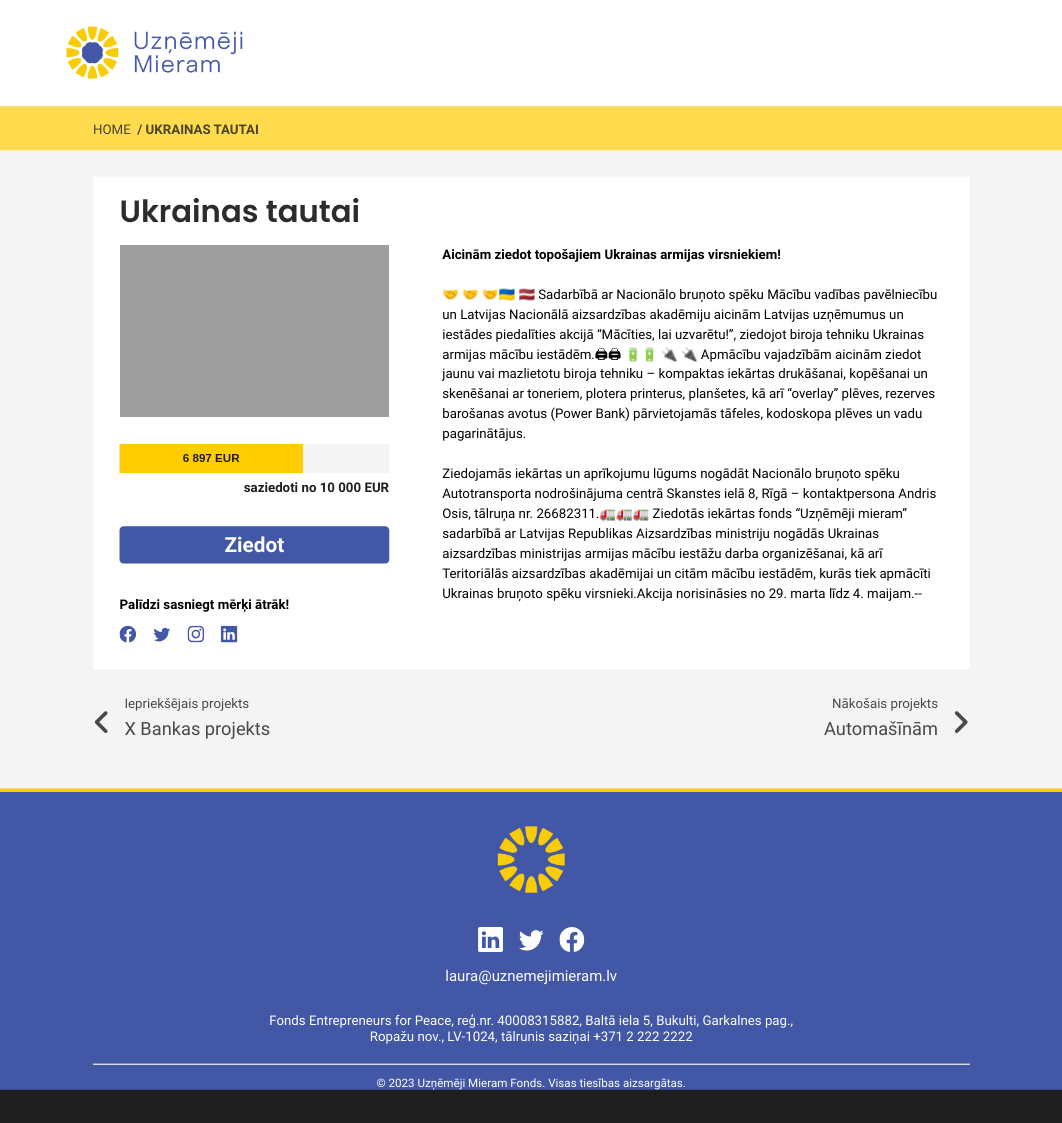
Repository: KatrinaPa/projekts11
Page: projekts-donateUkr.html
These files come from the project's save history. The page is drawn as it stood at one moment and after the next save; the edit follows.
The browser window is 1280 px wide. The pictures show the whole page, at 83% of full size.
Pictures or frames that could not be fetched are drawn as grey boxes.

Above is the page before, as saved 2023-05-30 21:46:28.
Console error: TypeError: Cannot read properties of null (reading 'children')

### projekts-donateUkr.html
<!DOCTYPE html>
<html lang="en">

<head>
    <meta charset="UTF-8">
    <meta http-equiv="X-UA-Compatible" content="IE=edge">
    <meta name="viewport" content="width=device-width, initial-scale=1.0">
    <title>Ukrainas tautai</title>
    <link rel="preconnect" href="https://fonts.googleapis.com">
    <link rel="preconnect" href="https://fonts.gstatic.com" crossorigin>
    <link href="https://fonts.googleapis.com/css2?family=Poppins:wght@300;400;500;600;700&display=swap"
        rel="stylesheet">
    <link rel="preconnect" href="https://fonts.googleapis.com">
    <link rel="preconnect" href="https://fonts.gstatic.com" crossorigin>
    <link href="https://fonts.googleapis.com/css2?family=Poppins:wght@300;400;500;600&display=swap" rel="stylesheet">
    <link rel="stylesheet" href="./assets/main.css" />
    <link rel="stylesheet" href="./assets/projekti.css" />
    <link rel="stylesheet" href="https://cdnjs.cloudflare.com/ajax/libs/font-awesome/6.2.0/css/all.min.css" />
    <script src="assets/main.js" defer></script>
</head>

<body>
    <div class="panel">
        <header class="header">
            <nav class="navbar">
                <a href="sakums.html" id="project-nav-home"><img src="assets/images/UM_logo.png" alt="uznemejiMieram"
                        id="logo"></a>
                <div class="navigation">
                    <ul class="nav-menu">
                        <li class="nav-item"><a href="sakums.html" class="nav-link">Sākums</a></li>
                        <li class="nav-item"><a href="donate_projects.html" class="nav-link">Ziedot</a></li>
                    </ul>
                    <div class="hamburger">
                        <span class="bar"></span>
                        <span class="bar"></span>
                        <span class="bar"></span>
                    </div>
                </div>
            </nav>
        </header>
        <main>
            <section id="wrapper_project" class="section_project">
                <div class="project-nav">
                    <a href="sakums.html" id="project-nav-home">HOME</a>
                    <p>/ UKRAINAS TAUTAI</p>
                </div>
                <div class="carousel_project">
                    <h1>Ukrainas tautai</h1>
                    <div class="wrapper_donate_project">
                        <div class="donate_project-left">
                            <img src="assets/images/img_36.png" alt="">
                            <div class="thMeter_raised">
                                <div class="thMeter-wrapper">
                                    <button id="thMeter-proj-support">6 897 EUR</button>
                                    <p>saziedoti no 10 000 EUR</p>
                                </div>
                            </div>

                            <div class="btn_ziedot-project">
                                <a href="donate_Ukr-private-onetime.html" class="ziedot-proj"
                                    id="ziedot-proj-support">Ziedot</a>
                            </div>
                            <div class="share">
                                <p>Palīdzi sasniegt mērķi ātrāk!</p>
                                <div>
                                    <svg xmlns="http://www.w3.org/2000/svg" width="20" height="20" fill="#4257A6"
                                        class="bi bi-facebook" viewBox="0 0 16 16">
                                        <path
                                            d="M16 8.049c0-4.446-3.582-8.05-8-8.05C3.58 0-.002 3.603-.002 8.05c0 4.017 2.926 7.347 6.75 7.951v-5.625h-2.03V8.05H6.75V6.275c0-2.017 1.195-3.131 3.022-3.131.876 0 1.791.157 1.791.157v1.98h-1.009c-.993 0-1.303.621-1.303 1.258v1.51h2.218l-.354 2.326H9.25V16c3.824-.604 6.75-3.934 6.75-7.951z" />
                                    </svg>
                                    <svg xmlns="http://www.w3.org/2000/svg" width="20" height="20" fill="#4257A6"
                                        class="bi bi-twitter" viewBox="0 0 16 16">
                                        <path
                                            d="M5.026 15c6.038 0 9.341-5.003 9.341-9.334 0-.14 0-.282-.006-.422A6.685 6.685 0 0 0 16 3.542a6.658 6.658 0 0 1-1.889.518 3.301 3.301 0 0 0 1.447-1.817 6.533 6.533 0 0 1-2.087.793A3.286 3.286 0 0 0 7.875 6.03a9.325 9.325 0 0 1-6.767-3.429 3.289 3.289 0 0 0 1.018 4.382A3.323 3.323 0 0 1 .64 6.575v.045a3.288 3.288 0 0 0 2.632 3.218 3.203 3.203 0 0 1-.865.115 3.23 3.23 0 0 1-.614-.057 3.283 3.283 0 0 0 3.067 2.277A6.588 6.588 0 0 1 .78 13.58a6.32 6.32 0 0 1-.78-.045A9.344 9.344 0 0 0 5.026 15z" />
                                    </svg>
                                    <svg xmlns="http://www.w3.org/2000/svg" width="20" height="20" fill="#4257A6"
                                        class="bi bi-instagram" viewBox="0 0 16 16">
                                        <path
                                            d="M8 0C5.829 0 5.556.01 4.703.048 3.85.088 3.269.222 2.76.42a3.917 3.917 0 0 0-1.417.923A3.927 3.927 0 0 0 .42 2.76C.222 3.268.087 3.85.048 4.7.01 5.555 0 5.827 0 8.001c0 2.172.01 2.444.048 3.297.04.852.174 1.433.372 1.942.205.526.478.972.923 1.417.444.445.89.719 1.416.923.51.198 1.09.333 1.942.372C5.555 15.99 5.827 16 8 16s2.444-.01 3.298-.048c.851-.04 1.434-.174 1.943-.372a3.916 3.916 0 0 0 1.416-.923c.445-.445.718-.891.923-1.417.197-.509.332-1.09.372-1.942C15.99 10.445 16 10.173 16 8s-.01-2.445-.048-3.299c-.04-.851-.175-1.433-.372-1.941a3.926 3.926 0 0 0-.923-1.417A3.911 3.911 0 0 0 13.24.42c-.51-.198-1.092-.333-1.943-.372C10.443.01 10.172 0 7.998 0h.003zm-.717 1.442h.718c2.136 0 2.389.007 3.232.046.78.035 1.204.166 1.486.275.373.145.64.319.92.599.28.28.453.546.598.92.11.281.24.705.275 1.485.039.843.047 1.096.047 3.231s-.008 2.389-.047 3.232c-.035.78-.166 1.203-.275 1.485a2.47 2.47 0 0 1-.599.919c-.28.28-.546.453-.92.598-.28.11-.704.24-1.485.276-.843.038-1.096.047-3.232.047s-2.39-.009-3.233-.047c-.78-.036-1.203-.166-1.485-.276a2.478 2.478 0 0 1-.92-.598 2.48 2.48 0 0 1-.6-.92c-.109-.281-.24-.705-.275-1.485-.038-.843-.046-1.096-.046-3.233 0-2.136.008-2.388.046-3.231.036-.78.166-1.204.276-1.486.145-.373.319-.64.599-.92.28-.28.546-.453.92-.598.282-.11.705-.24 1.485-.276.738-.034 1.024-.044 2.515-.045v.002zm4.988 1.328a.96.96 0 1 0 0 1.92.96.96 0 0 0 0-1.92zm-4.27 1.122a4.109 4.109 0 1 0 0 8.217 4.109 4.109 0 0 0 0-8.217zm0 1.441a2.667 2.667 0 1 1 0 5.334 2.667 2.667 0 0 1 0-5.334z" />
                                    </svg>
                                    <svg xmlns="http://www.w3.org/2000/svg" width="20" height="20" fill="#4257A6"
                                        class="bi bi-linkedin" viewBox="0 0 16 16">
                                        <path
                                            d="M0 1.146C0 .513.526 0 1.175 0h13.65C15.474 0 16 .513 16 1.146v13.708c0 .633-.526 1.146-1.175 1.146H1.175C.526 16 0 15.487 0 14.854V1.146zm4.943 12.248V6.169H2.542v7.225h2.401zm-1.2-8.212c.837 0 1.358-.554 1.358-1.248-.015-.709-.52-1.248-1.342-1.248-.822 0-1.359.54-1.359 1.248 0 .694.521 1.248 1.327 1.248h.016zm4.908 8.212V9.359c0-.216.016-.432.08-.586.173-.431.568-.878 1.232-.878.869 0 1.216.662 1.216 1.634v3.865h2.401V9.25c0-2.22-1.184-3.252-2.764-3.252-1.274 0-1.845.7-2.165 1.193v.025h-.016a5.54 5.54 0 0 1 .016-.025V6.169h-2.4c.03.678 0 7.225 0 7.225h2.4z" />
                                    </svg>
                                </div>
                            </div>
                        </div>
                        <div class="donate_project-right">
                            <button class="wrapper_btn-up top">
                                <i id="up" class="fa-solid fa-angle-up"></i>
                            </button>
                            <p><strong>Aicinām ziedot topošajiem Ukrainas armijas virsniekiem!</strong>
                                <br><br>
                                🤝 🤝 🤝🇺🇦 🇱🇻 Sadarbībā ar Nacionālo bruņoto spēku Mācību vadības
                                pavēlniecību un Latvijas Nacionālā aizsardzības akadēmiju aicinām
                                Latvijas
                                uzņēmumus un iestādes piedalīties akcijā “Mācīties, lai uzvarētu!”,
                                ziedojot
                                biroja tehniku Ukrainas armijas mācību iestādēm.🖨🖨 🔋🔋 🔌 🔌 Apmācību
                                vajadzībām aicinām ziedot jaunu vai mazlietotu biroja tehniku –
                                kompaktas
                                iekārtas drukāšanai, kopēšanai un skenēšanai ar toneriem, plotera
                                printerus,
                                planšetes, kā arī “overlay” plēves, rezerves barošanas avotus (Power
                                Bank)
                                pārvietojamās tāfeles, kodoskopa plēves un vadu pagarinātājus. <br><br>

                                Ziedojamās iekārtas un aprīkojumu lūgums nogādāt Nacionālo bruņoto spēku
                                Autotransporta nodrošinājuma centrā Skanstes ielā 8, Rīgā –
                                kontaktpersona
                                Andris Osis, tālruņa nr. 26682311.🚛🚛🚛 Ziedotās iekārtas fonds
                                “Uzņēmēji
                                mieram” sadarbībā ar Latvijas Republikas Aizsardzības ministriju nogādās
                                Ukrainas aizsardzības ministrijas armijas mācību iestāžu darba
                                organizēšanai, kā arī Teritoriālās aizsardzības akadēmijai un citām
                                mācību
                                iestādēm, kurās tiek apmācīti Ukrainas bruņoto spēku virsnieki.Akcija
                                norisināsies no 29. marta līdz 4. maijam.--
                            </p>
                            <button class="wrapper_btn-up bottom">
                                <i id="up" class="fa-solid fa-angle-up"></i>
                            </button>
                        </div>
                    </div>
                </div>
                <div class="to-project">
                    <div class="previous">
                        <button class="carousel_proj_btn carousel_proj_btn-left">
                            <i id="left" class="fa-solid fa-angle-left"></i>
                        </button>
                        <div>
                            <p>Iepriekšējais projekts</p>
                            <a href="projekts-xbank.html" id="project-nav-xbanka">X Bankas projekts</a>
                        </div>
                    </div>
                    <div class="next">
                        <div>
                            <p>Nākošais projekts</p>
                            <a href="projekts-cars.html" id="project-nav-cars">Automašīnām</a>
                        </div>
                        <button class="carousel_proj_btn carousel_proj_btn-right">
                            <i id="right" class="fa-solid fa-angle-right"></i>
                        </button>
                    </div>
                </div>
                <div class="yellow-bottom"></div>
            </section>
        </main>
    </div>
    <footer>
        <div class="about">
            <img src="assets/images/UM_simbols.png" alt="uznemejiMieram">
            <div class="social">
                <svg xmlns="http://www.w3.org/2000/svg" width="30" height="30" fill="#ffffff" class="bi bi-linkedin"
                    viewBox="0 0 16 16">
                    <path
                        d="M0 1.146C0 .513.526 0 1.175 0h13.65C15.474 0 16 .513 16 1.146v13.708c0 .633-.526 1.146-1.175 1.146H1.175C.526 16 0 15.487 0 14.854V1.146zm4.943 12.248V6.169H2.542v7.225h2.401zm-1.2-8.212c.837 0 1.358-.554 1.358-1.248-.015-.709-.52-1.248-1.342-1.248-.822 0-1.359.54-1.359 1.248 0 .694.521 1.248 1.327 1.248h.016zm4.908 8.212V9.359c0-.216.016-.432.08-.586.173-.431.568-.878 1.232-.878.869 0 1.216.662 1.216 1.634v3.865h2.401V9.25c0-2.22-1.184-3.252-2.764-3.252-1.274 0-1.845.7-2.165 1.193v.025h-.016a5.54 5.54 0 0 1 .016-.025V6.169h-2.4c.03.678 0 7.225 0 7.225h2.4z" />
                </svg>
                <svg xmlns="http://www.w3.org/2000/svg" width="30" height="30" fill="#ffffff" class="bi bi-twitter"
                    viewBox="0 0 16 16">
                    <path
                        d="M5.026 15c6.038 0 9.341-5.003 9.341-9.334 0-.14 0-.282-.006-.422A6.685 6.685 0 0 0 16 3.542a6.658 6.658 0 0 1-1.889.518 3.301 3.301 0 0 0 1.447-1.817 6.533 6.533 0 0 1-2.087.793A3.286 3.286 0 0 0 7.875 6.03a9.325 9.325 0 0 1-6.767-3.429 3.289 3.289 0 0 0 1.018 4.382A3.323 3.323 0 0 1 .64 6.575v.045a3.288 3.288 0 0 0 2.632 3.218 3.203 3.203 0 0 1-.865.115 3.23 3.23 0 0 1-.614-.057 3.283 3.283 0 0 0 3.067 2.277A6.588 6.588 0 0 1 .78 13.58a6.32 6.32 0 0 1-.78-.045A9.344 9.344 0 0 0 5.026 15z" />
                </svg>
                <svg xmlns="http://www.w3.org/2000/svg" width="30" height="30" fill="#ffffff" class="bi bi-facebook"
                    viewBox="0 0 16 16">
                    <path
                        d="M16 8.049c0-4.446-3.582-8.05-8-8.05C3.58 0-.002 3.603-.002 8.05c0 4.017 2.926 7.347 6.75 7.951v-5.625h-2.03V8.05H6.75V6.275c0-2.017 1.195-3.131 3.022-3.131.876 0 1.791.157 1.791.157v1.98h-1.009c-.993 0-1.303.621-1.303 1.258v1.51h2.218l-.354 2.326H9.25V16c3.824-.604 6.75-3.934 6.75-7.951z" />
                </svg>
            </div>
            <div class="contacts">
                <p>laura@uznemejimieram.lv</p>
                <p>Fonds Entrepreneurs for Peace, reģ.nr. 40008315882, Baltā iela 5, Bukulti, Garkalnes pag., Ropažu
                    nov., LV-1024, tālrunis saziņai +371 2 222 2222</p>
            </div>
        </div>
        <div class="copy">
            <hr>
            <p>© 2023 Uzņēmēji Mieram Fonds. Visas tiesības aizsargātas.</p>
        </div>
    </footer>
    </div>

</body>

</html>

### assets/projekti.css
#wrapper_project {
    background-color: #f4f4f4;
    font-family: 'Roboto';
}

.section_project {}

h1 {
    font-size: 37px;
    line-height: 50px;
}

.project-nav {
    display: flex;
    flex-direction: row;
    gap: 0.5rem;
    padding: 1.1rem 7rem 0 7rem;
    background-color: #FFDB4D;
}

.project-nav a {
    text-decoration: none;
    color: #1E1F24;
    font-size: 16px;
    font-weight: 400;
    opacity: 80%;
}

.project-nav a:hover {
    font-weight: 600;
    cursor: pointer;
    opacity: 100%;
}

.project-nav p {
    text-decoration: none;
    color: #1E1F24;
    font-size: 16px;
    font-weight: 600;
    margin-block-start: 0;
    opacity: 80%;
}

.carousel_project {
    position: relative;
    background-color: #ffffff;
    margin: 2rem 7rem 2rem 7rem;
}

.carousel_proj_btn {
    margin-top: -1rem;
    padding: 0;
    border: 0;
    background: transparent;
    cursor: pointer;
}

.carousel_proj_btn i {
    font-size: 35px;
    color: #1E1F24;
}

.donate_project-left img {
    width: 100%;
    height: 13rem;
    object-fit: cover;
}

.wrapper_donate_project {
    display: flex;
    flex-direction: row;
    transition: transform 0ms ease-in;
}

.carousel_project h1 {
    padding: 1rem 0 1rem 2rem;
}

.donate_project-left {
    display: flex;
    flex-direction: column;
    width: 35%;
    margin: 0 0 2rem 2rem;
}

.donate_project-right {
    width: 65%;
    height: 100%;
    margin: 0rem 2rem 2rem 4rem;
    margin-block-start: 0;
}

.donate_project-right p {
    margin-block-start: 0;
    line-height: 24px;
    font-size: 16px;
}

.wrapper_project_donate i {
    position: absolute;
    cursor: pointer;
    font-size: 20px;
    color: rgba(0, 0, 0, 0.7);
}

.wrapper_btn-up {
    border-style: none;
    background: none;
    order: 2;
    grid-column: 1/-1;
    display: flex;
    justify-content: flex-end;
}

.wrapper_project_donate p {
    margin: 0;
    grid-column: 1/-1;
}

.thMeter-wrapper {
    width: 100%;
    background-color: #f4f4f4;
}

#thMeter-proj-support,
#thMeter-proj-cars,
#thMeter-proj-drones,
#thMeter-proj-npa,
#thMeter-proj-ambassadors,
#thMeter-proj-xbank {
    background-color: #ffcc00;
    color: #1E1F24;
    font-size: 14px;
}

.thMeter_raised p {
    text-align: right;
    color: #1E1F24;
}

.btn_ziedot-project {
    margin-top: 4rem;
}

.share {
    font-size: 16px;
    font-weight: 600;
    margin-top: 1.5rem;
}

.share div {
    display: flex;
    gap: 1.3rem;
}

.to-project {
    display: flex;
    flex-direction: row;
    justify-content: space-between;
    height: 5rem;
    font-size: 16px;
    color: #1E1F24;
    opacity: 80%;
    margin: 2rem 7rem 2rem 7rem;
}

.previous {
    display: flex;
    flex-direction: row;
}

.previous div {
    margin-left: 1rem;
}

.previous p,
.next p {
    margin-block-end: 0.5rem;
    margin-block-start: 0;
}

#project-nav-xbanka,
#project-nav-cars,
#project-nav-ambulances,
#project-nav-donate,
#project-nav-drones,
#project-nav-ambassadors {
    color: #1E1F24;
    font-size: 22px;
    text-decoration: none;
    font-weight: 400;
}

#project-nav-xbanka:hover,
#project-nav-cars:hover,
#project-nav-ambulances:hover,
#project-nav-donate:hover,
#project-nav-drones:hover,
#project-nav-ambassadors:hover {
    font-weight: 600;
}

.next {
    display: flex;
    flex-direction: row;
}

.next div {
    margin-right: 1rem;
    display: flex;
    flex-direction: column;
    align-items: flex-end;
    text-align: right;
}

.yellow-bottom {
    height: 0.25rem;
    background-color: #ffcc00;
}

@media (min-width: 1280px) {

    .wrapper_thMeter_img {
        width: 32%;
        height: 30rem;
    }

    .wrapper_project_donate {
        width: 68%;
    }
}

@media screen and (max-width: 1279px) {

    .section_project {
        padding: 0;
        margin: 0;
    }

    .project-nav {
        padding: 1.1rem 2rem 0 5rem;
    }

    .wrapper_donate_project {
        display: flex;
        flex-direction: row;
    }

    .donate_project-right {
        margin: 0rem 2rem 2rem 2rem;
    }

    .carousel_project {
        margin: 0px 5rem;
    }

    .carousel_proj_btn i {
        font-size: 33px;
    }

    .wrapper_thMeter_img {
        margin: 0.5rem 2rem 0.5rem 2rem;
    }

    .wrapper_thMeter_img img {
        width: 50%;
        height: 10rem;
    }

    .wrapper_project_donate {
        margin: 0.5rem 2rem 2rem 2rem;
    }

    .wrapper_project_donate p {
        padding-bottom: 2rem;
    }

    .thMeter-btn {
        width: 19rem;
    }

    #share {
        font-size: 18px;
    }

    .thMeter-btn {
        width: 16rem;
    }

    .to-project {
        margin: 2rem;
    }
}

@media screen and (min-width: 701px) {
    .wrapper_btn-up {
        display: none;
    }
}

@media screen and (max-width: 700px) {
    .panel {
        max-width: 480px;
    }

    #wrapper_project {}

    .section_project {
        padding-bottom: 0;
    }

    .project-nav {
        padding: 1.1rem 2rem 0 2rem;
    }

    .carousel_project {
        margin: 0;
        padding: 2rem;
    }

    .carousel_project h1 {
        padding: 1rem 0;
        font-size: 47px;
        line-height: 52px;
    }

    .wrapper_donate_project {
        display: flex;
        flex-direction: column;
    }

    .donate_project-left,
    .donate_project-right {
        width: 100%;
        margin: 0;
    }

    .donate_project-right {
        margin-top: 0.5rem;
    }

    .btn_ziedot-project {
        margin-top: 3rem;
    }

    .share {
        display: flex;
        flex-direction: row-reverse;
        justify-content: center;
        align-items: center;
        gap: 1rem;
    }

    .wrapper_thMeter_img {
        padding: 0;
    }

    .wrapper_thMeter_img p {
        display: none;
    }

    .wrapper_donate_project h1 {
        font-size: 24px;
        padding: 2rem 0 0 3rem;
    }

    .wrapper_project_donate {
        padding: 0;
        display: grid;
        grid-gap: 0.5rem;
        margin: 0.5rem 2rem 1rem 2rem
    }

    .wrapper_project_donate i {
        font-size: 22px;
        color: rgba(0, 0, 0, 0.5);
    }

    .wrapper_thMeter_img img {
        width: 100%;
        height: 15rem;
    }

    #thMeter {
        width: 100%;
        margin: 0.3rem 0 0.7rem 0;
    }

    .thMeter-btn {
        width: 22rem;
    }

    .wrapper_btn-up.top {
        margin: 1rem 0;
    }

    .wrapper_btn-up.bottom {
        margin: 1rem 0;
    }

    .wrapper_project_donate p {
        order: 3;
        padding: 1rem 0;
    }

    .to-project {
        margin: 1rem 0 2rem 0;
    }

}

Loaded but not shown: assets/main.js (97 lines, source omitted); assets/main.css (1929 lines, source omitted)

After the next save:
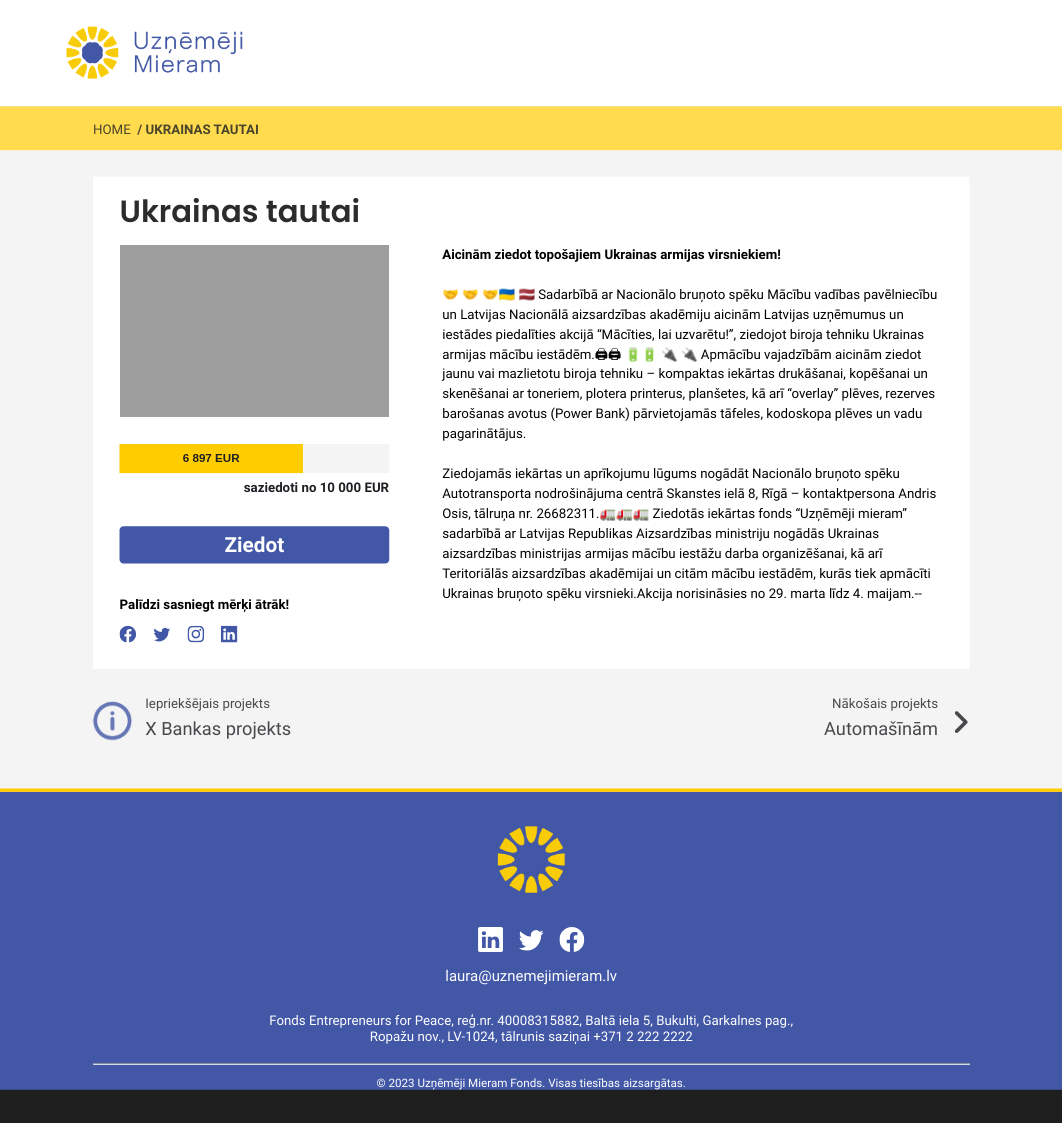
Saved 6 min 35 s later.
--- a/projekts-donateUkr.html
+++ b/projekts-donateUkr.html
@@ -127,7 +127,7 @@
                 <div class="to-project">
                     <div class="previous">
                         <button class="carousel_proj_btn carousel_proj_btn-left">
-                            <i id="left" class="fa-solid fa-angle-left"></i>
+                            <img src="assets/images/info.png" alt="info" id="info-icon">
                         </button>
                         <div>
                             <p>Iepriekšējais projekts</p>
